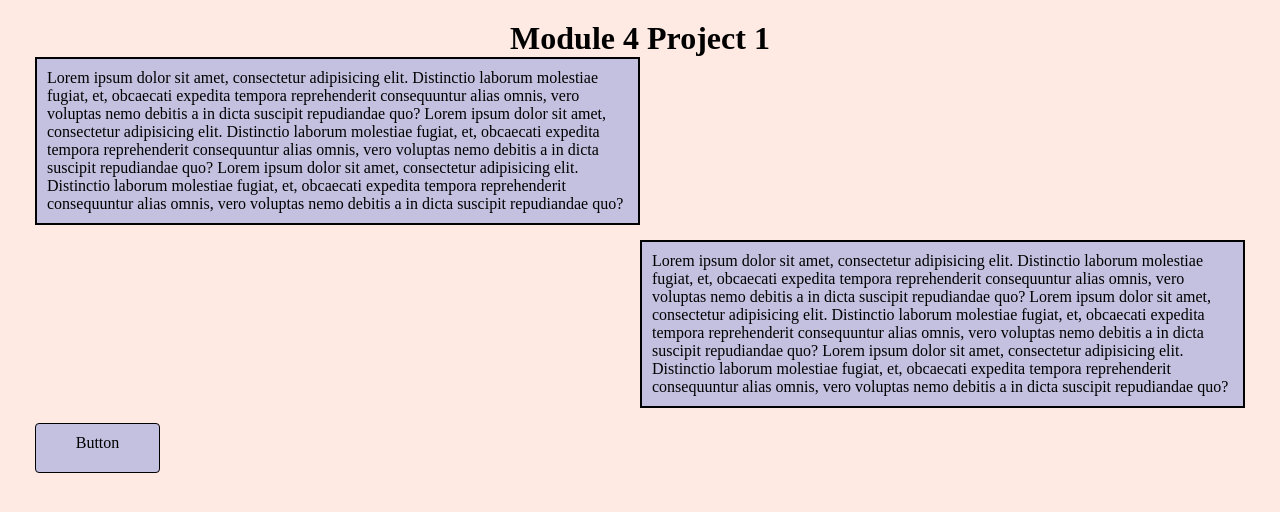
Repository: mlmEFSC21/P6-External-Style-Sheet
Page: index.html
These files come from the project's save history. The page is drawn as it stood at one moment and after the next save; the edit follows.
The browser window is 1280 px wide. The pictures show the whole page.

Above is the page before, as saved 2022-02-09 21:02:11.

After the next save:
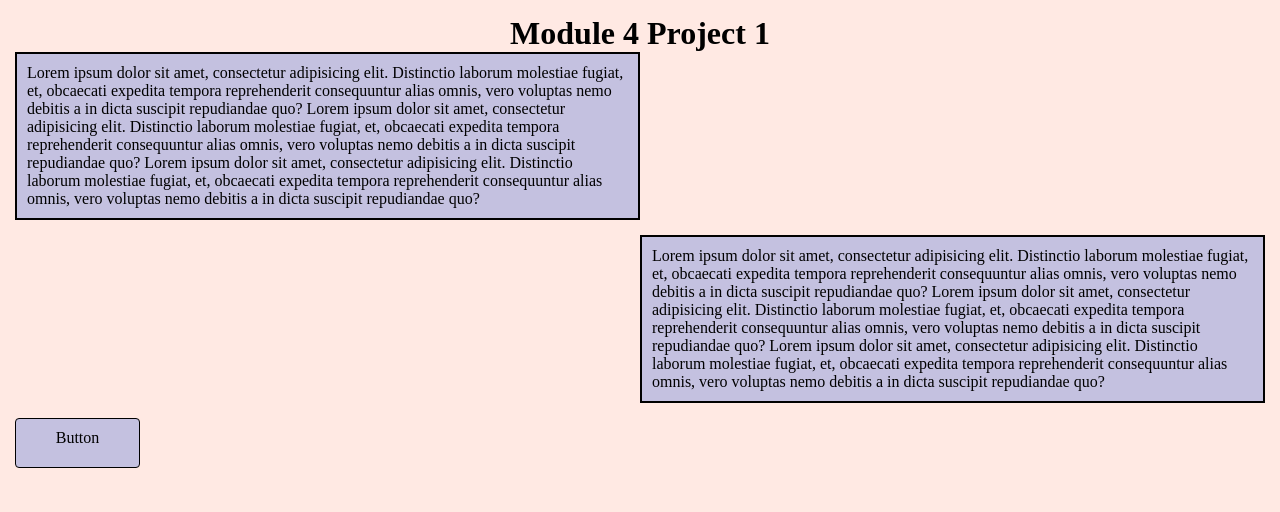
Saved 5 s later.
--- a/Styles.css
+++ b/Styles.css
@@ -17,7 +17,7 @@ header {
 body {
     background-color: var(--clr-background);
     color: black;
-    margin: 5px 20px;
+
     padding: 15px;
 }
 p {
